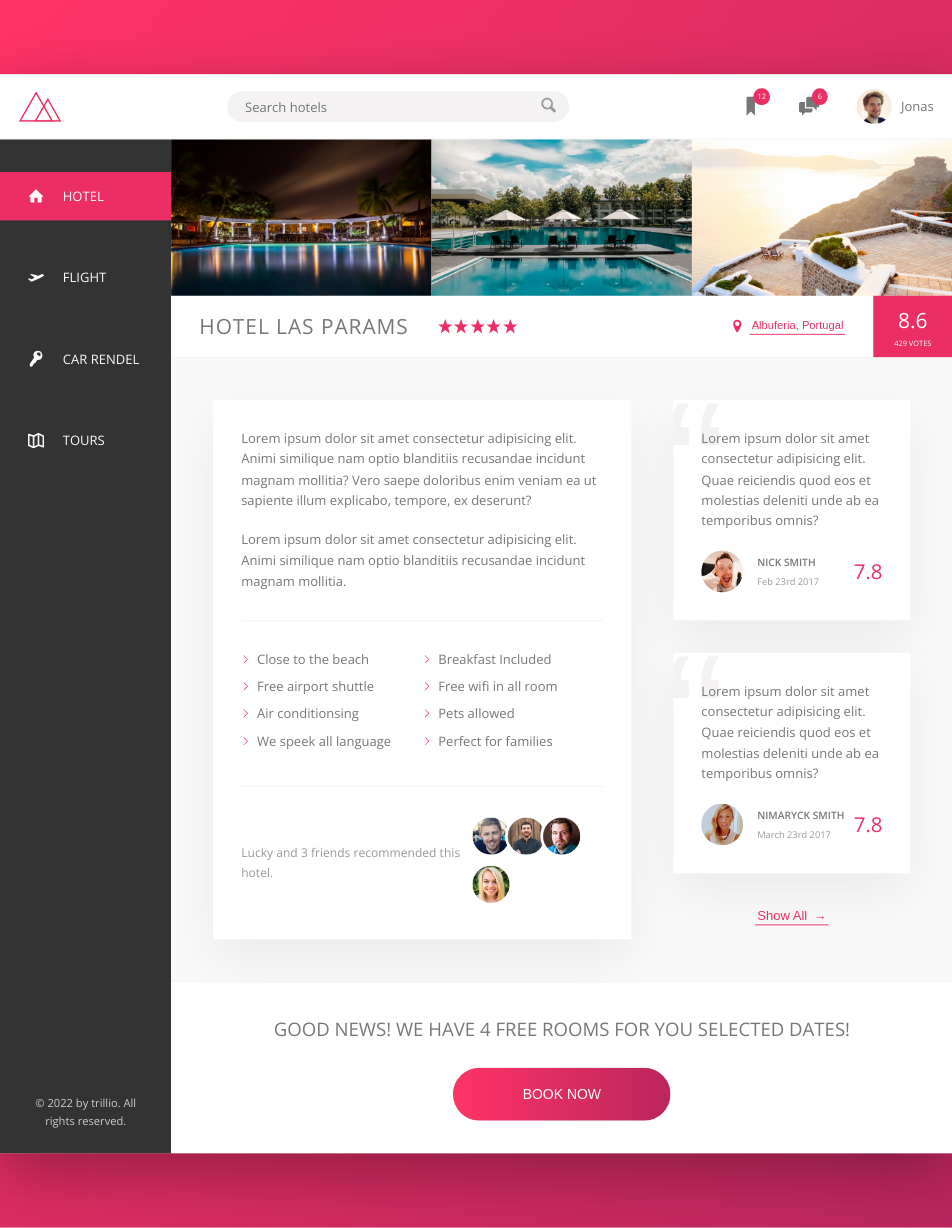
Repository: mohamediyas/flex_website
Page: index.html
An editor plug-in stored every save of this project. The page is shown before and after the next save, followed by the edit.
The browser window is 1024 px wide. The pictures show the whole page, at 93% of full size.
The style sheet was rebuilt from its Sass, Less or Tailwind sources for each picture, by a compiler version that may differ from the author's.

Above is the page before, as saved 2022-08-06 19:36:41.

### index.html
<!DOCTYPE html>
<html lang="en">
  <head>
    <meta charset="UTF-8" />
    <meta name="viewport" content="width=device-width, initial-scale=1.0" />
    <meta http-equiv="X-UA-Compatible" content="ie=edge" />

    <link
      href="https://fonts.googleapis.com/css?family=Open+Sans:300,400,600"
      rel="stylesheet"
    />
    <link rel="stylesheet" href="css/style.css" />
    <link rel="shortcut icon" type="image/png" href="img/favicon.png" />

    <title>nexter &mdash; your home, your freedom</title>
  </head>
  <body>
    <div class="container">
      <header class="header">
        <img src="img/logo.png" alt="trilio logo" class="logo" />
        <form action="#" class="search">
          <input
            type="text"
            class="search__input"
            placeholder="Search hotels"
          />
          <button class="search__button">
            <svg class="search__icon">
              <use xlink:href="img/sprite.svg#icon-magnifying-glass"></use>
            </svg>
          </button>
        </form>

        <nav class="user-nav">
          <div class="user-nav__icon-box">
            <svg class="user-nav__icon">
              <use xlink:href="img/sprite.svg#icon-bookmark"></use>
            </svg>
            <span class="user-nav__notification">12</span>
          </div>
          <div class="user-nav__icon-box">
            <svg class="user-nav__icon">
              <use xlink:href="img/sprite.svg#icon-chat"></use>
            </svg>
            <span class="user-nav__notification">6</span>
          </div>
          <div class="user-nav__user">
            <img
              src="img/user.jpg"
              alt="user image"
              class="user-nav__user-photo"
            />
            <span class="user-nav__user-name">Jonas</span>
          </div>
        </nav>
      </header>
      <div class="content">
        <nav class="sidebar">
          <ul class="side-nav">
            <li class="side-nav__item side-nav__item--active">
              <a href="#" class="side-nav__link">
                <svg class="side-nav__icon">
                  <use xlink:href="img/sprite.svg#icon-home"></use>
                </svg>
                <span>Hotel</span>
              </a>
            </li>
            <li class="side-nav__item">
              <a href="#" class="side-nav__link">
                <svg class="side-nav__icon">
                  <use xlink:href="img/sprite.svg#icon-aircraft-take-off"></use>
                </svg>
                <span>Flight</span>
              </a>
            </li>
            <li class="side-nav__item">
              <a href="#" class="side-nav__link">
                <svg class="side-nav__icon">
                  <use xlink:href="img/sprite.svg#icon-key"></use>
                </svg>
                <span>Car Rendel</span>
              </a>
            </li>
            <li class="side-nav__item">
              <a href="#" class="side-nav__link">
                <svg class="side-nav__icon">
                  <use xlink:href="img/sprite.svg#icon-map"></use>
                </svg>
                <span>Tours</span>
              </a>
            </li>
          </ul>
          <div class="legal">&copy; 2022 by trillio. All rights reserved.</div>
        </nav>
        <main class="hotel">
          <div class="gallery">
            <figure class="gallery__item">
              <img
                src="img/hotel-1.jpg"
                aria-label="home photot"
                alt=""
                class="gallery__photo"
              />
            </figure>

            <figure class="gallery__item">
              <img
                src="img/hotel-2.jpg"
                aria-label="home photot"
                alt=""
                class="gallery__photo"
              />
            </figure>

            <figure class="gallery__item">
              <img
                src="img/hotel-3.jpg"
                aria-label="home photot"
                alt=""
                class="gallery__photo"
              />
            </figure>
          </div>
          <div class="overview">
            <h1 class="overview__heading">Hotel las params</h1>
            <div class="overview__stars">
              <svg class="overview__icon-star">
                <use xlink:href="img/sprite.svg#icon-star"></use>
              </svg>
              <svg class="overview__icon-star">
                <use xlink:href="img/sprite.svg#icon-star"></use>
              </svg>
              <svg class="overview__icon-star">
                <use xlink:href="img/sprite.svg#icon-star"></use>
              </svg>
              <svg class="overview__icon-star">
                <use xlink:href="img/sprite.svg#icon-star"></use>
              </svg>
              <svg class="overview__icon-star">
                <use xlink:href="img/sprite.svg#icon-star"></use>
              </svg>
            </div>
            <div class="overview__location">
              <svg class="overview__icon-location">
                <use xlink:href="img/sprite.svg#icon-location-pin"></use>
              </svg>
              <button class="btn-inline">Albuferia, Portugal</button>
            </div>

            <div class="overview__rating">
              <div class="overview__rating-average">8.6</div>

              <div class="overview__rating-count">429 votes</div>
            </div>
          </div>
          <div class="detail">
            <div class="description">
              <p class="paragraph">
                Lorem ipsum dolor sit amet consectetur adipisicing elit. Animi
                similique nam optio blanditiis recusandae incidunt magnam
                mollitia? Vero saepe doloribus enim veniam ea ut sapiente illum
                explicabo, tempore, ex deserunt?
              </p>
              <p class="paragraph">
                Lorem ipsum dolor sit amet consectetur adipisicing elit. Animi
                similique nam optio blanditiis recusandae incidunt magnam
                mollitia.
              </p>
              <ul class="list">
                <li class="list__item">Close to the beach</li>
                <li class="list__item">Breakfast Included</li>
                <li class="list__item">Free airport shuttle</li>
                <li class="list__item">Free wifi in all room</li>
                <li class="list__item">Air conditionsing</li>
                <li class="list__item">Pets allowed</li>
                <li class="list__item">We speek all language</li>
                <li class="list__item">Perfect for families</li>
              </ul>
              <div class="recommend">
                <p class="recommend__count">
                  Lucky and 3 friends recommended this hotel.
                </p>
                <div class="recommend__friends">
                  <img src="img/user-3.jpg" alt="" class="recommend__photo" />
                  <img src="img/user-4.jpg" alt="" class="recommend__photo" />
                  <img src="img/user-5.jpg" alt="" class="recommend__photo" />
                  <img src="img/user-6.jpg" alt="" class="recommend__photo" />
                </div>
              </div>
            </div>
            <div class="user-reviews">
              <figure class="review">
                <blockquote class="review__text">
                  Lorem ipsum dolor sit amet consectetur adipisicing elit. Quae
                  reiciendis quod eos et molestias deleniti unde ab ea
                  temporibus omnis?
                </blockquote>
                <figcaption class="review__user">
                  <img class="review__photo" src="img/user-1.jpg" alt="" />
                  <div class="review__user-box">
                    <p class="review__user-name">Nick smith</p>
                    <p class="review__user-date">Feb 23rd 2017</p>
                  </div>
                  <div class="review__rating">7.8</div>
                </figcaption>
              </figure>
              <figure class="review">
                <blockquote class="review__text">
                  Lorem ipsum dolor sit amet consectetur adipisicing elit. Quae
                  reiciendis quod eos et molestias deleniti unde ab ea
                  temporibus omnis?
                </blockquote>
                <figcaption class="review__user">
                  <img class="review__photo" src="img/user-2.jpg" alt="" />
                  <div class="review__user-box">
                    <p class="review__user-name">NiMaryck smith</p>
                    <p class="review__user-date">March 23rd 2017</p>
                  </div>
                  <div class="review__rating">7.8</div>
                </figcaption>
              </figure>
              <button class="btn-inline">Show All <span>&rarr;</span></button>
            </div>
          </div>
          <div class="cta">
            <h2 class="cta__book-now">
              Good news! we have 4 free rooms for you selected dates!
            </h2>
            <button class="btn">
              <span class="btn__visible"> Book Now </span>
              <span class="btn__invisible"> Only 4 room left </span>
            </button>
          </div>
        </main>
      </div>
    </div>
  </body>
</html>

### sass/_base.scss
// COLOR VARIABLES

:root {
  --color-primary: #eb2f64;
  --color-primary-light: #ff3366;
  --color-primary-dark: #ba265d;

  --color-grey-light-1: #faf9f9;
  --color-grey-light-2: #f4f2f2;
  --color-grey-light-3: #f0eeee;
  --color-grey-light-4: #ccc;

  --color-grey-dark-1: #333;
  --color-grey-dark-2: #777;
  --color-grey-dark-3: #999;

  --shadow-dark: 0 2rem 6rem rgba(0, 0, 0, 0.3);
  --shadow-light: 0 2rem 5rem rgba(0, 0, 0, 0.06);

  --line: 1px solid var(--color-grey-light-2);
}

$bp_largest: 75em; //1200px
// $bp_largest:75em;//1200px
// $bp_largest:75em;//1200px
// $bp_largest:75em;//1200px

* {
  margin: 0;
  padding: 0;
}

*,
*::after,
*::before {
  box-sizing: inherit;
}

html {
  box-sizing: border-box;
  font-size: 62.5%;
}

body {
  background-image: linear-gradient(
    to right bottom,
    var(--color-primary-light),
    var(--color-primary-dark)
  );
  font-family: "Open Sans", sans-serif;
  font-weight: 400;
  line-height: 1.6;
  background-size: cover;
  background-repeat: no-repeat;
  min-height: 100vh;
  color: var(--color-grey-dark-2);
}

### sass/_components.scss
.logo {
  height: 3.25rem;
  margin-left: 2rem;
}

.search {
  flex: 0 0 40%;

  display: flex;
  justify-content: center;
  align-items: center;

  &__input {
    font-family: inherit;
    font-size: inherit;
    background-color: var(--color-grey-light-2);
    border: none;
    color: inherit;
    padding: 0.7rem 2rem;
    border-radius: 100px;
    width: 90%;
    transition: all 0.2s;
    margin-right: -3.25rem;
    &:focus {
      outline: none;
      width: 100%;
      background-color: var(--color-grey-light-3);
    }
  }

  &::-webkit-input-placeholder {
    font-weight: 100;
    color: var(--color-grey-light-4);
  }

  &__input:focus + &__button {
    background-color: var(--color-grey-light-3);
  }

  &__button {
    border: none;
    background-color: var(--color-grey-light-2);

    &:focus {
      outline: none;
    }

    &:active {
      transform: translateY(2px);
    }
  }

  &__icon {
    height: 2rem;
    width: 2rem;
    fill: var(--color-grey-dark-3);
  }
}

.user-nav {
  align-self: stretch;
  display: flex;
  align-items: center;

  & > * {
    padding: 0 2rem;
    cursor: pointer;
    height: 100%;
    display: flex;
    align-items: center;
  }

  & > *:hover {
    background-color: var(--color-grey-light-2);
  }

  &__icon-box {
    position: relative;
  }

  &__icon {
    height: 2.25rem;
    width: 2.25rem;
    fill: var(--color-grey-dark-2);
  }

  &__notification {
    font-size: 0.8rem;
    height: 1.75rem;
    width: 1.75rem;
    border-radius: 50%;
    background-color: var(--color-primary);
    color: #fff;
    position: absolute;
    top: 1.5rem;
    right: 1.1rem;
    display: flex;
    justify-content: center;
    align-items: center;
  }

  &__user {
  }

  &__user-photo {
    height: 3.75rem;
    border-radius: 50%;
    margin-right: 1rem;
  }

  &__user-name {
  }
}

// side navigation

.side-nav {
  font-size: 1.4rem;
  list-style: none;
  margin-top: 3.5rem;

  &__item {
    position: relative;

    &:not(:last-child) {
      margin-bottom: 3.5rem;
    }
  }

  &__item::before {
    content: "";
    position: absolute;
    top: 0;
    left: 0;
    height: 100%;
    width: 3px;
    background-color: var(--color-primary);
    transform: scaleY(0);
    transition: transform 0.2s, width 0.4s cubic-bezier(1, 0, 0, 1) 0.2s;
  }

  &__item:hover:before,
  &__item--active::before {
    transform: scaleY(1);
    width: 100%;
  }

  &__item:active:before {
    background-color: var(--color-primary-light);
  }

  &__link:link,
  &__link:visited {
    color: var(--color-grey-light-1);
    text-decoration: none;
    text-transform: uppercase;
    display: block;
    padding: 1.5rem 3rem;
    z-index: 10;
    position: relative;
    display: flex;
    align-items: center;
  }

  &__link:hover {
    color: white;
  }

  &__icon {
    width: 1.75rem;
    height: 1.75rem;
    margin-right: 2rem;
    fill: currentColor;
  }
}

.legal {
  font-size: 1.2rem;
  text-align: center;
  color: var(--color-grey-light-4);
  padding: 2.5rem;
}

.gallery {
  display: flex;

  &__photo {
    width: 100%;
    display: block;
  }
}

.overview {
  display: flex;
  border-bottom: 1px solid var(--color-grey-light-2);
  align-items: center;

  &__heading {
    font-size: 2.25rem;
    font-weight: 300;
    text-transform: uppercase;
    letter-spacing: 1px;
    padding: 1.5rem 3rem;
  }
  &__stars {
    // flex: 1;
    margin-right: auto;
    display: flex;
  }
  &__icon-star,
  &__icon-location {
    width: 1.75rem;
    height: 1.75rem;
    fill: var(--color-primary);
  }
  &__location {
    font-size: 1.2rem;
    display: flex;
    align-items: center;
  }

  &__icon-location {
    margin-right: 0.5rem;
  }

  &__rating {
    background-color: var(--color-primary);
    margin-left: 3rem;
    color: #fff;
    align-self: stretch;
    padding: 0 2.25rem;

    display: flex;
    flex-direction: column;
    align-items: center;
    justify-content: center;
  }
  &__rating-average {
    font-size: 2.25rem;
    font-weight: 300;
  }
  &__rating-count {
    font-size: 0.8rem;
    text-transform: uppercase;
  }
}

.paragraph:not(:last-of-type) {
  margin-bottom: 2rem;
}

.list {
  list-style: none;
  margin: 3rem 0;
  padding: 3rem 0;
  border-top: var(--line);
  border-bottom: var(--line);
  display: flex;
  flex-wrap: wrap;

  &__item {
    flex: 0 0 50%;
    margin-bottom: 0.7rem;
  }

  &__item::before {
    content: "";
    display: inline-block;
    height: 1rem;
    width: 1rem;
    margin-right: 0.7rem;
    // background-image: url(../img/chevron-thin-right.svg);

    // background-size: cover;

    // masks
    background-color: var(--color-primary);
    -webkit-mask-image: url(../img/chevron-thin-right.svg);
    -webkit-mask-size: cover;
  }
}

.recommend {
  font-size: 1.3rem;
  color: var(--color-grey-dark-3);

  display: flex;
  align-items: center;
  // justify-content: space-between;
  &__count {
    margin-right: auto;
  }

  &__friend {
  }

  &__photo {
    box-sizing: content-box;
    height: 4rem;
    width: 4rem;
    border-radius: 50%;
    border: 3px solid #fff;

    &:not(:last-child) {
      margin-right: -1.15rem;
    }
  }
}

// reviews

.review {
  background-color: #fff;
  box-shadow: var(--shadow-light);
  padding: 3rem;
  margin-bottom: 3.5rem;
  position: relative;
  overflow: hidden;

  &__text {
    margin-bottom: 2rem;
    z-index: 10;
    position: relative;
  }
  &__user {
    display: flex;
    align-items: center;
  }
  &__photo {
    height: 4.5rem;
    width: 4.5rem;
    border-radius: 50%;
    margin-right: 1.5rem;
  }
  &__user-box {
    margin-right: auto;
  }

  &__user-name {
    font-size: 1.1rem;
    font-weight: 600;
    text-transform: uppercase;
    margin-bottom: 0.4rem;
  }

  &__user-date {
    font-size: 1rem;
    color: var(--color-grey-dark-3);
  }

  &__rating {
    color: var(--color-primary);
    font-size: 2.2rem;
    font-weight: 300;
  }

  &::before {
    content: "\201c";
    position: absolute;
    top: -2.75rem;
    left: -1rem;
    line-height: 1;
    font-size: 20rem;
    color: var(--color-grey-light-2);
    font-family: sans-serif;
    z-index: 1;
  }
}

.cta {
  padding: 3.5rem 0;
  text-align: center;

  &__book-now {
    font-size: 2rem;
    font-weight: 300;
    text-transform: uppercase;
    margin-bottom: 2.5rem;
  }
}

.btn {
  font-size: 1.5rem;
  border: none;
  text-transform: uppercase;
  font-weight: 300;
  border-radius: 100px;
  background-image: linear-gradient(
    to right,
    var(--color-primary-light),
    var(--color-primary-dark)
  );
  color: #fff;
  position: relative;
  overflow: hidden;
  cursor: pointer;

  &__visible {
    display: inline-block;
    padding: 2rem 7.5rem;
    height: 100%;
    width: 100%;
  }

  &__invisible {
    display: inline-block;
    padding: 2rem;
    height: 100%;
    width: 100%;
    position: absolute;
    left: 0;
    top: -100%;
    transition: all 0.2s;
  }

  &:hover {
    background-image: linear-gradient(
      to left,
      var(--color-primary-light),
      var(--color-primary-dark)
    );
  }

  &:hover &__visible {
    transform: translateY(100%);
  }

  &:hover &__invisible {
    top: 0;
  }

  &:active {
    outline: none;
    animation: pulsate;
  }
}

@keyframes pulsate {
  0% {
    transform: scale(1);
    box-shadow: none;
  }
  50% {
    transform: scale(1.05);
    box-shadow: 0 1rem 4rem rgba(0, 0, 0, 0.25);
  }
  100% {
    transform: scale(1);
    box-shadow: none;
  }
}

### sass/_layout.scss
.container {
  max-width: 120rem;
  margin: 8rem auto;
  background-color: var(--color-grey-light-2);
  box-shadow: var(--shadow-dark);
  min-height: 50rem;

  @media (max-width: 1200px) {
  }
}

.header {
  font-size: 1.4rem;
  height: 7rem;
  background-color: #fff;
  border-bottom: 1px solid var(--color-grey-light-2);
  display: flex;
  justify-content: space-between;
  align-items: center;
}

.content {
  display: flex;
}

.sidebar {
  background-color: var(--color-grey-dark-1);
  flex: 0 0 18%;
  display: flex;
  flex-direction: column;
  justify-content: space-between;
}

.hotel {
  background-color: #fff;
  // height: 80rem;
  flex: 1;
}

.detail {
  display: flex;
  padding: 4.5rem;
  font-size: 1.4rem;

  background-color: var(--color-grey-light-1);
  border-bottom: var(--line);
}

.description {
  background-color: #fff;
  flex: 0 0 60%;
  margin-right: 4.5rem;
  box-shadow: var(--shadow-light);
  padding: 3rem;
}

.user-reviews {
  flex: 1;
  display: flex;
  flex-direction: column;
  align-items: center;
}

.btn-inline {
  border: none;
  color: var(--color-primary);
  font-size: inherit;
  border-bottom: 1px solid currentColor;
  padding: 2px;
  display: inline-block;
  background-color: transparent;
  cursor: pointer;
  transition: all 0.2s;

  & span {
    margin-left: 3px;
    transition: margin-left 0.2s;
  }

  &:hover {
    color: var(--color-grey-dark-1);

    span {
      margin-left: 8px;
    }
  }

  &:focus {
    outline: none;
    animation: pulsate 1s infinite;
  }
}

@keyframes pulsate {
  0% {
    transform: scale(1);
    box-shadow: none;
  }
  50% {
    transform: scale(1.05);
    box-shadow: 0 1rem 4rem rgba(0, 0, 0, 0.25);
  }
  100% {
    transform: scale(1);
    box-shadow: none;
  }
}

Loaded but not shown: sass/main.scss (common file)

After the next save:
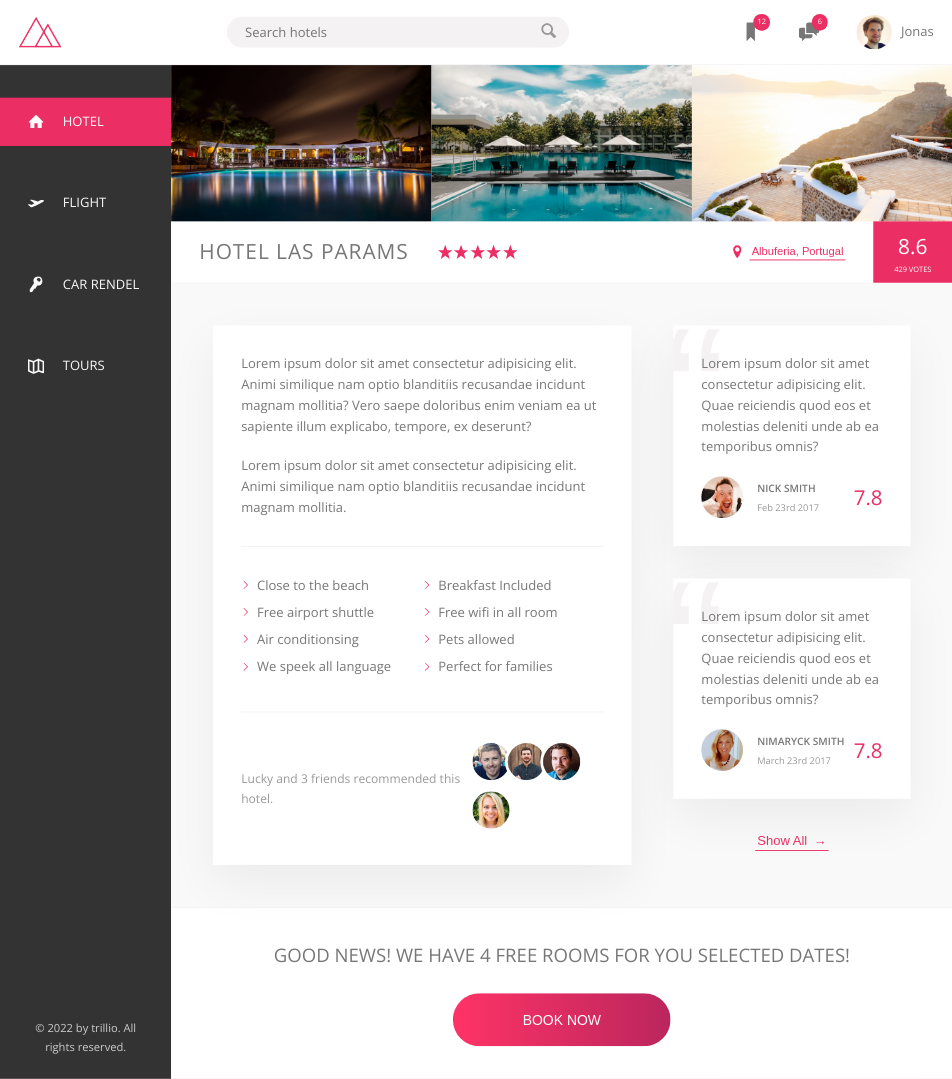
Saved 46 s later.
--- a/sass/_layout.scss
+++ b/sass/_layout.scss
@@ -5,7 +5,8 @@
   box-shadow: var(--shadow-dark);
   min-height: 50rem;
 
-  @media (max-width: 1200px) {
+  @media (max-width: $bp_largest) {
+    margin: 0;
   }
 }
 
